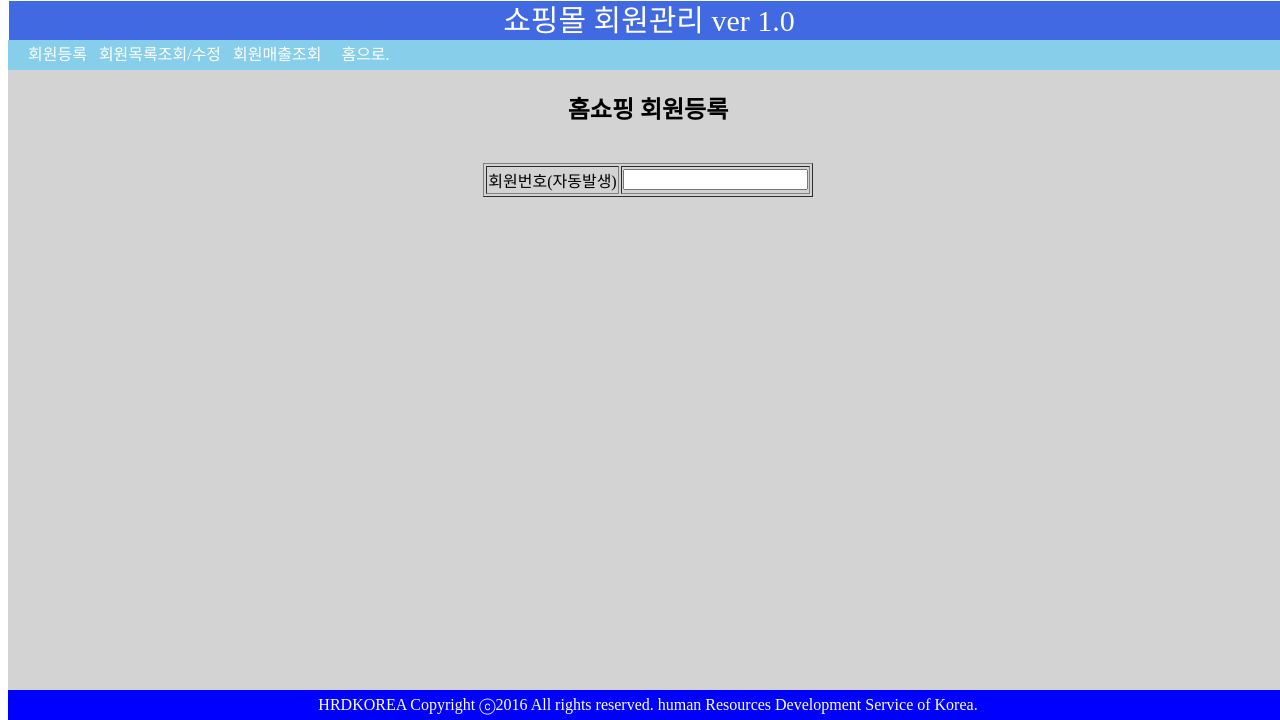
Repository: GotChun/license_practice
Page: http://localhost/HRD_8155/join.jsp
An editor plug-in stored every save of this project. The page is shown before and after the next save, followed by the edit.
The browser window is 1280 px wide. The pictures show the whole page.
The page is served by Tomcat 9. Other server files are loaded and not shown.

Above is the page before, as saved 2025-02-18 14:45:49.

### HRD_8155/src/main/webapp/join.jsp
<%@ page language="java" contentType="text/html; charset=UTF-8"
    pageEncoding="UTF-8"%>
<!DOCTYPE html>
<html>
<head>
<meta charset="UTF-8">
<title>join</title>
</head>
<body>
	<jsp:include page="header.jsp"></jsp:include>

	 <section style="position:fixed; top:70px; width:100%; height:100%;
	 background-color:lightgray; ">
	 <h2 style="text-align:center; font-weight:bolder;"> <strong>홈쇼핑 회원등록</strong></h2><br>

	 <form name="frm" style="display:flex;justify-content: center; align-items: center; text-align:center;">
	 <table border="1">
	 <tr>
	 	<td>회원번호(자동발생)</td>
	 	<td><input type="text" name="custno"></td>
	 </tr>
	 </table>
	 </form>


	 </section>

	 <jsp:include page="footer.jsp"></jsp:include>
</body>
</html>

### HRD_8155/src/main/webapp/header.jsp
<%@ page language="java" contentType="text/html; charset=UTF-8"
    pageEncoding="UTF-8"%>
<!DOCTYPE html>
<html>
<head>
<meta charset="UTF-8">
<title>header</title>
</head>
<body>

	<header style=" position: fixed; top:0px; width: 100%; height:40px;
	 border:1px solid; background-color:royalblue; text-align: center; line-height:40px; font-size:30px; color:white;">쇼핑몰 회원관리 ver 1.0	</header>

	 <nav style="position:fixed; top:40px; width:100%; height:30px; line-height:30px;
	 background-color:skyblue; color:white; padding-left:20px;">회원등록&nbsp;&nbsp;  회원목록조회/수정&nbsp;&nbsp;  회원매출조회&nbsp;&nbsp;&nbsp;&nbsp;  홈으로. </nav>

</body>
</html>

### HRD_8155/src/main/webapp/footer.jsp
<%@ page language="java" contentType="text/html; charset=UTF-8"
    pageEncoding="UTF-8"%>
<!DOCTYPE html>
<html>
<head>
<meta charset="UTF-8">
<title>footer</title>
</head>
<body>
	 <footer style=" position:fixed; bottom:0px; text-align:center; width:100%; height:30px; background-color:blue; line-height:30px; color:white;">
	 HRDKOREA Copyright ⓒ2016 All rights reserved. human Resources Development Service of Korea. </footer>
</body>
</html>

After the next save:
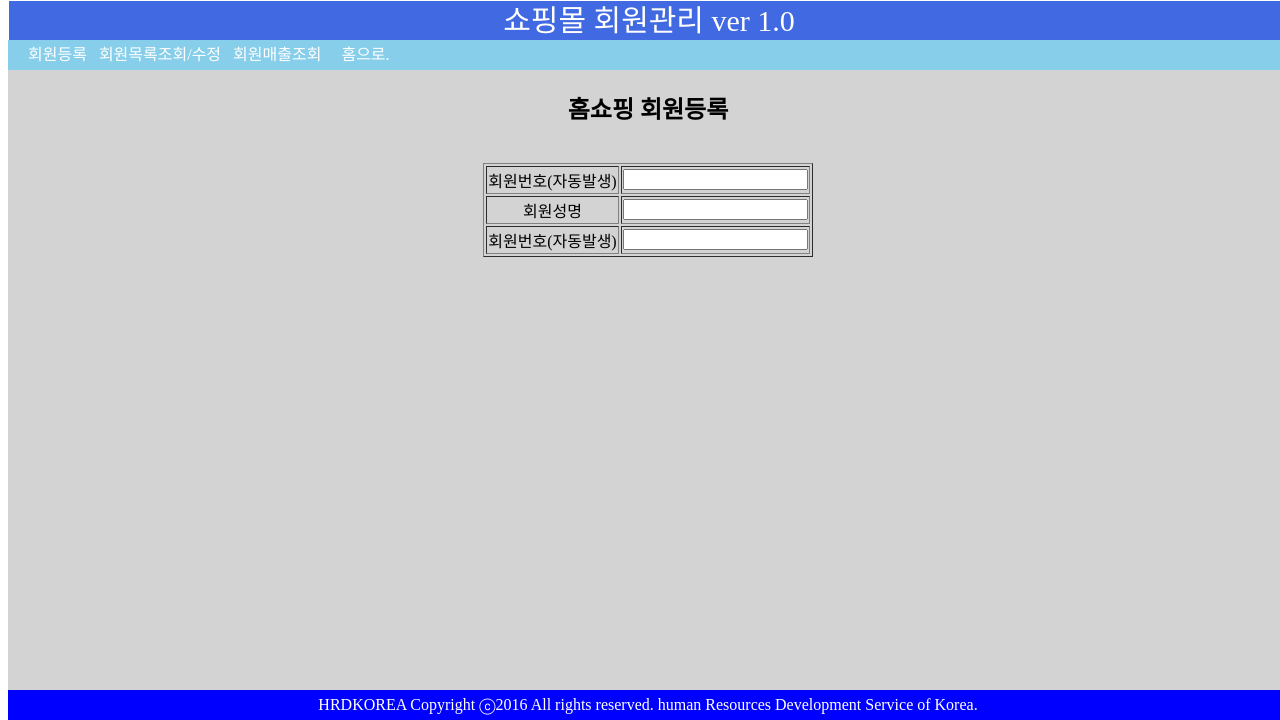
Saved 70 s later.
--- a/HRD_8155/src/main/webapp/join.jsp
+++ b/HRD_8155/src/main/webapp/join.jsp
@@ -19,6 +19,14 @@
 	 	<td>회원번호(자동발생)</td>
 	 	<td><input type="text" name="custno"></td>
 	 </tr>
+	 	 <tr>
+	 	<td>회원성명</td>
+	 	<td><input type="text" name="custno"></td>
+	 </tr>
+	 	 <tr>
+	 	<td>회원번호(자동발생)</td>
+	 	<td><input type="text" name="custno"></td>
+	 </tr>
 	 </table>
 	 </form>
 
